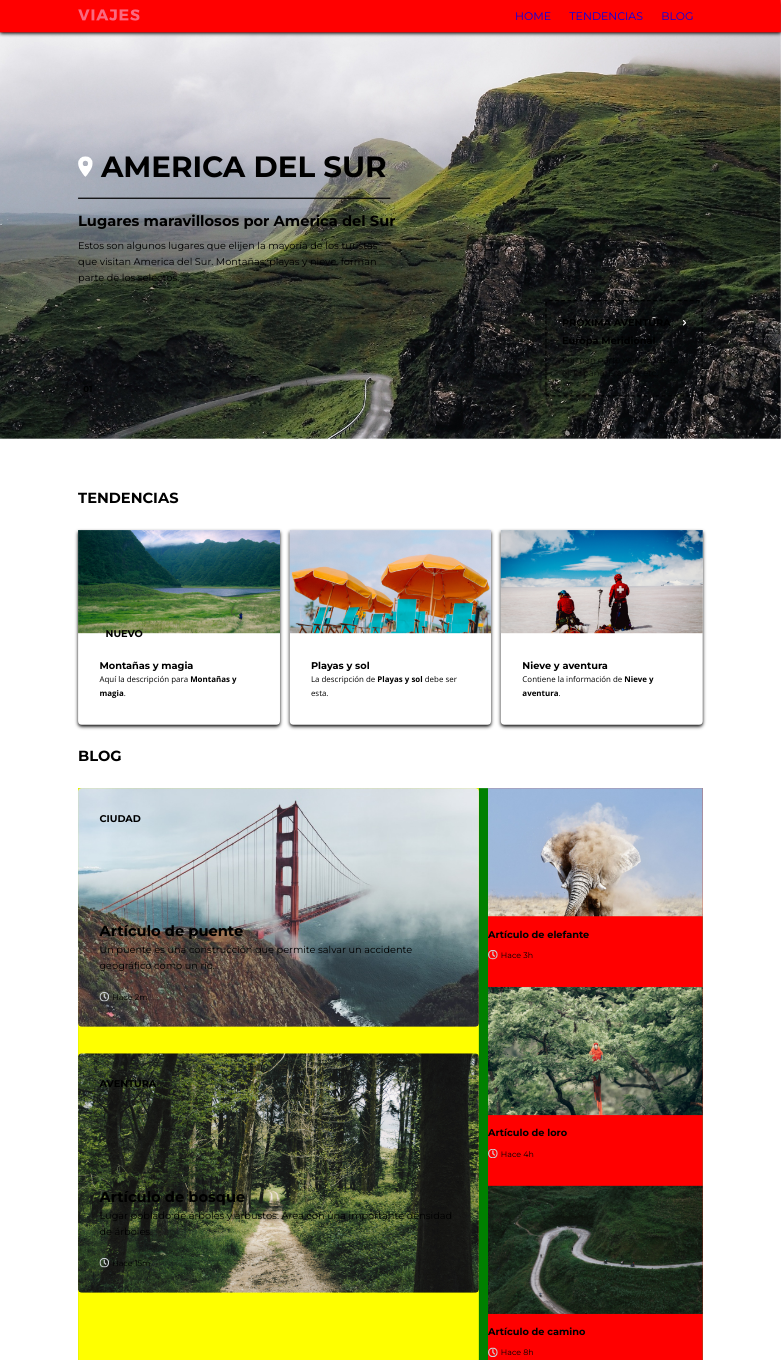
Repository: agustin-mesa/viajes
Page: /
These files come from the project's save history. The page is drawn as it stood at one moment and after the next save; the edit follows.
The browser window is 1280 px wide. The pictures show the whole page, at 61% of full size.
The project was rebuilt for these pictures with package versions that can differ from the ones it lists, and the page was loaded fresh each time. Also part of the build but not shown: src/components/styles/colors.module.scss.

Above is the page before, as saved 2021-11-12 14:53:31.

### public/index.html
<!DOCTYPE html>
<html lang="es">
  <head>
    <meta name="author" content="Mauro Agustín Mesa" />
    <meta charset="utf-8" />
    <meta name="viewport" content="width=device-width, initial-scale=1" />
    <meta name="theme-color" content="#000000" />
    <meta
      name="description"
      content="Web site created using create-react-app"
    />
    <title>React App</title>
  </head>
  <body>
    <noscript>You need to enable JavaScript to run this app.</noscript>
    <div id="root"></div>
  </body>
</html>

### src/index.js
import React from "react";
import ReactDOM from "react-dom";
import App from "./App";
import "./index.css";

const Index = () => {
  return <App />;
};

ReactDOM.render(<Index />, document.getElementById("root"));

### src/App.js
import React from "react";
import Header from "./components/Header";
import Home from "./pages/Home";
import Tendencias from "./pages/Tendencias";
import Blog from "./pages/Blog";

const App = () => {
  return (
    <>
      <Header />
      <Home />
      <Tendencias />
      <Blog />
    </>
  );
};

export default App;

### src/index.css
@import url("https://fonts.googleapis.com/css2?family=Montserrat:wght@100;200;300;400;500;600;700&display=swap");
@import url("https://fonts.googleapis.com/css2?family=Montserrat:wght@100;200;300;400;500;600;700&family=Open+Sans:wght@400;500;600;700&display=swap");

* {
  margin: 0;
  padding: 0;
  list-style: none;
  text-decoration: none;
  border: none;
  outline: none;
  scroll-behavior: smooth;
}

body {
  margin: 0;
  -webkit-font-smoothing: antialiased;
  -moz-osx-font-smoothing: grayscale;
  font-family: "Montserrat", "Open Sans", sans-serif;
}

code {
  font-family: source-code-pro, Menlo, Monaco, Consolas, "Courier New",
    monospace;
}

### src/components/Header.js
import React from "react";
import styled from "styled-components";

// Colors
import * as colors from "./styles/colors.module.scss";

// LOGO
import logo from "../Assets/logo/logo_01.svg";

const Header = () => {
  return (
    <ContainerHeader>
      <nav>
        <div className="header__logo">
          <a href="#home">
            <img src={logo} alt="Viajes" />
          </a>
        </div>
        <ul>
          <li>
            <a href="#home">HOME</a>
          </li>
          <li>
            <a href="#tendencias">TENDENCIAS</a>
          </li>
          <li>
            <a href="#blog">BLOG</a>
          </li>
        </ul>
      </nav>
    </ContainerHeader>
  );
};

const ContainerHeader = styled.header`
  position: fixed;
  top: 0;
  left: 0;
  right: 0;
  z-index: 999;
  background: red;
  background: ${colors.white};
  box-shadow: 0px 3px 6px ${colors.blackOpac};
  nav {
    display: flex;
    flex-direction: row;
    justify-content: space-between;
    align-items: center;
    padding: 15px 10%;
    ul {
      display: flex;
      flex-direction: row;
      justify-content: flex-end;
      align-items: center;
      width: 100%;
      li a {
        padding: 15px 15px;
        font: normal normal normal 18px/13px Montserrat;
        color: ${colors.blueRelax};
        transition: all 0.2s ease;
      }
      li a:hover {
        color: ${colors.darkblue};
      }
    }
  }
`;

export default Header;

### src/pages/Home.js
import React from "react";
import styled from "styled-components";

import * as colors from "../components/styles/colors.module.scss";

// IMG
import viajesHero from "../Assets/img/Viajes_Hero.jpg";
import icPin from "../Assets/iconos/ic_pin.svg";
import icArrow from "../Assets/iconos/arrow.svg";

// Importo etiquetas default con estilos propios
import { Parrafo, Span, H3, H5 } from "../components/styles/stylesDefault";

const Home = () => {
  return (
    <ContainerHome id="home">
      <HeroWrapper>
        <div className="hero__title">
          <h1>
            <img src={icPin} alt="Pin" /> AMERICA DEL SUR
          </h1>
          <hr />
          <H3 color="white">Lugares maravillosos por America del Sur</H3>
          <Parrafo>
            Estos son algunos lugares que elijen la mayoría de los turistas que
            visitan America del Sur. Montañas, playas y nieve, forman parte de
            los selectos.
          </Parrafo>
        </div>
        <div className="hero__info">
          <H5>
            PRÓXIMA AVENTURA <img src={icArrow} alt="Arrow" />
          </H5>
          <Span color="white">Europa Meridional</Span>
          <p>
            Forman parte veinte países. <br />
            ej. España, Francia, etc.
          </p>
        </div>
      </HeroWrapper>
      <div className="slider">
        <span>01</span>
      </div>
    </ContainerHome>
  );
};

const ContainerHome = styled.div`
  width: 100%;
  height: 100vh;
  background-image: url(${viajesHero});
  background-size: cover;
  background-position: center;

  .slider {
    position: absolute;
    width: 13%;
    bottom: 60px;
    display: flex;
    align-items: center;
    justify-content: flex-end;
    z-index: 1;
    span {
      display: flex;
      align-items: center;
      justify-content: center;
      width: 45px;
      height: 45px;
      background: ${colors.white};
      border-radius: 50px;
      font: normal normal bold 14px/22px Montserrat;
    }
    span::after {
      content: "";
      position: absolute;
      width: 70px;
      height: 70px;
      background: ${colors.whiteOpac};
      border-radius: 50px;
      z-index: -2;
    }
    span::before {
      content: "";
      position: absolute;
      left: 0;
      width: 100%;
      height: 5px;
      background: ${colors.pink};
      z-index: -1;
    }
  }
`;

const HeroWrapper = styled.div`
  position: absolute;
  top: 0;
  bottom: 0;
  left: 10%;
  right: 10%;
  display: flex;
  align-items: center;
  .hero__title {
    display: flex;
    align-items: flex-start;
    justify-content: center;
    flex-direction: column;
    color: ${colors.white};

    h1 {
      font: normal normal bold 48px/42px Montserrat;
    }
    hr {
      width: 50%;
      border-bottom: 2px solid ${colors.white};
      margin: 30px 0 20px;
    }
  }

  .hero__info {
    position: absolute;
    right: 0;
    bottom: 70px;
    background: ${colors.darkblueOpac} 0% 0% no-repeat padding-box;
    border: 2px dashed ${colors.whiteOpac};
    border-radius: 6px;
    padding: 25px;

    p {
      font: normal normal 300 14px/22px Montserrat;
      color: ${colors.white};
      margin: 10px 0 0;
    }
  }
`;

export default Home;

### src/pages/Tendencias.js
import React from "react";
import styled from "styled-components";

// Colors
import * as colors from "../components/styles/colors.module.scss";

// IMG
import card01 from "../Assets/img/card_01.png";
import card02 from "../Assets/img/card_02.png";
import card03 from "../Assets/img/card_03.png";

// Importo etiquetas default con estilos propios
import { H3 } from "../components/styles/stylesDefault";

// Components
import TendenciaItem from "../components/TendenciaItem";

const Tendencias = () => {
  // Simulo una base de datos para luego imprimir cada CARD.
  // Aunque también se podría hacer manualmente usando el componente
  // TendenciaItem y usar sus props, pero la manera más eficiente es el de
  // simular una base de datos; tranquilamente se muestra cada CARD con tan solo
  // agregar un objeto más dentro del array.
  const tendencias = [
    {
      src: card01,
      isNew: true,
      titulo: "Montañas y magia",
      descripcion: (
        <>
          Aquí la descripción para <b>Montañas y magia</b>.
        </>
      ),
    },
    {
      src: card02,
      isNew: false,
      titulo: "Playas y sol",
      descripcion: (
        <>
          La descripción de <b>Playas y sol</b> debe ser esta.
        </>
      ),
    },
    {
      src: card03,
      isNew: false,
      titulo: "Nieve y aventura",
      descripcion: (
        <>
          Contiene la información de <b>Nieve y aventura</b>.
        </>
      ),
    },
  ];

  return (
    <ContainerTendencias id="tendencias">
      <div className="tendencias">
        <div className="tendencias__header">
          <H3 color="darkblue">TENDENCIAS</H3>
        </div>
        <div className="tendencias__body">
          {tendencias.map((tendencia, i) => {
            return (
              <TendenciaItem
                src={tendencia.src}
                nuevo={tendencia.isNew}
                titulo={tendencia.titulo}
                descripcion={tendencia.descripcion}
                key={i}
              />
            );
          })}
        </div>
      </div>
    </ContainerTendencias>
  );
};

const ContainerTendencias = styled.section`
  height: 90vh;
  padding: 80px 10% 0;
  background: ${colors.grey};

  .tendencias__body {
    display: flex;
    align-items: center;
    margin: 35px 0 0;

    div:last-child {
      margin: 0;
    }
  }
  .tendencias__header {
    width: 100%;
  }
`;

export default Tendencias;

### src/pages/Blog.js
import React from "react";
import styled from "styled-components";

// Colors
import * as colors from "../components/styles/colors.module.scss";

// IMG
import artBig01 from "../Assets/img/articulo_big_01.png";
import artBig02 from "../Assets/img/articulo_big_02.png";
import artSmall01 from "../Assets/img/articulo_small_01.png";
import artSmall02 from "../Assets/img/articulo_small_02.png";
import artSmall03 from "../Assets/img/articulo_small_03.png";

// Importo etiquetas default con estilos propios
import { H3 } from "../components/styles/stylesDefault";

// Components
import BigNewItem from "../components/BigNewItem";
import SmallNewItem from "../components/SmallNewItem";

const Blog = () => {
  const articulosBig = [
    {
      src: artBig01,
      tipo: "CIUDAD",
      titulo: "Artículo de puente",
      descripcion:
        "Un puente es una construcción que permite salvar un accidente geográfico como un río.",
      time: "2m",
    },
    {
      src: artBig02,
      tipo: "AVENTURA",
      titulo: "Artículo de bosque",
      descripcion:
        "Lugar poblado de árboles y arbustos. Área con una importante densidad de árboles.",
      time: "15m",
    },
  ];

  const articulosSmall = [
    {
      src: artSmall01,
      titulo: "Artículo de elefante",
      time: "3h",
    },
    {
      src: artSmall02,
      titulo: "Artículo de loro",
      time: "4h",
    },
    {
      src: artSmall03,
      titulo: "Artículo de camino",
      time: "8h",
    },
  ];

  return (
    <ContainerBlog>
      <div className="blog" id="blog">
        <div className="blog__header">
          <H3 color="darkblue">BLOG</H3>
        </div>
        <div className="blog__body">
          <article className="blog__article">
            {articulosBig.map((articulo, i) => {
              return (
                <BigNewItem
                  src={articulo.src}
                  tipo={articulo.tipo}
                  titulo={articulo.titulo}
                  descripcion={articulo.descripcion}
                  time={articulo.time}
                  key={i}
                />
              );
            })}
          </article>
          <aside className="blog__aside">
            {articulosSmall.map((articulo, i) => {
              return (
                <SmallNewItem
                  src={articulo.src}
                  titulo={articulo.titulo}
                  time={articulo.time}
                  key={i}
                />
              );
            })}
          </aside>
        </div>
      </div>
    </ContainerBlog>
  );
};

const ContainerBlog = styled.section`
  position: relative;
  height: 95vh;
  padding: 80px 10% 0;
  background: ${colors.white};

  .blog {
    position: absolute;
    top: -300px;
    left: 10%;
    right: 10%;
    bottom: 0;
    display: flex;
    align-items: center;
    justify-content: flex-start;
    flex-direction: column;
    padding: 75px 0 50px;
  }
  .blog__body {
    display: grid;
    gap: 0 15px;
    width: 100%;
    margin: 35px 0 0;
    background: green;
    grid-template-colunms: 65% 1fr;
    grid-template: ".blog__article" auto ".blog__aside" auto / auto;
  }
  .blog__header {
    width: 100%;
  }
  .blog__article {
    display: flex;
    align-items: center;
    justify-content: flex-start;
    flex-direction: column;
    background: yellow;
    article:first-child {
      margin: 0 0 40px;
    }
  }
  .blog__aside {
    background: red;
    display: flex;
    align-items: center;
    justify-content: flex-start;
    flex-direction: column;
    article:last-child {
      margin: 0;
    }
  }

  @media only screen and (min-width: 1335px) {
    .blog__body {
      grid-template-colunms: 50% 1fr;
    }
  }
`;

export default Blog;

### src/components/styles/stylesDefault.js
import styled from "styled-components";

// Colors
import * as colors from "./colors.module.scss";

const Parrafo = styled.p`
  margin: 10px 0 0;
  font: normal normal normal 16px/26px Montserrat;
  width: 50%;
  color: ${colors.white};
`;

const H3 = styled.h3`
  font: normal normal bold 24px/34px Montserrat;
  color: ${(props) => {
    if (props.color === "white") return colors.white;
    if (props.color === "darkblue") return colors.darkblue;
  }};
`;

const H5 = styled.h5`
  font: normal normal bold 16px/20px Montserrat;
  color: ${colors.pink};
  margin: 0 0 10px;
  img {
    margin: 0 0 0 15px;
  }
`;

const Span = styled.span`
  font: normal normal bold 16px/20px Montserrat;
  color: ${(props) => {
    if (props.color === "white") return colors.white;
    if (props.color === "darkblue") return colors.darkblue;
  }};
`;

export { Parrafo, Span, H3, H5 };

### src/components/TendenciaItem.js
import React from "react";
import styled from "styled-components";

// Colors
import * as colors from "./styles/colors.module.scss";

import { Span } from "./styles/stylesDefault";

const TendenciaItem = ({ src, nuevo, titulo, descripcion }) => {
  return (
    <TenItem>
      <div className="tendencia-item__img">
        <img src={src} alt={titulo} />
      </div>
      <div className="tendencia-item__new">{nuevo && <span>NUEVO</span>}</div>
      <div className="tendencia-item__descrip">
        <Span color="darkblue">{titulo}</Span>
        <p>{descripcion}</p>
      </div>
    </TenItem>
  );
};

const TenItem = styled.div`
  background: ${colors.white} 0% 0% no-repeat padding-box;
  box-shadow: 0px 3px 6px ${colors.blackOpac};
  border-radius: 0 0 6px 6px;
  margin: 0 16px 0 0;
  width: 100%;

  .tendencia-item__img img {
    width: 100%;
  }
  .tendencia-item__new {
    width: 100%;
    position: relative;
    span {
      position: absolute;
      top: -20px;
      left: 35px;
      background: ${colors.pink};
      border-radius: 6px;
      padding: 10px;
      font: normal normal bold 16px/13px Montserrat;
      color: ${colors.white};
    }
  }
  .tendencia-item__descrip {
    padding: 40px 35px;
    p {
      font: normal normal normal 13px/23px Open Sans;
      color: ${colors.greyBlue};
    }
  }
`;

export default TendenciaItem;

### src/components/BigNewItem.js
import React from "react";
import styled from "styled-components";

// Importo etiquetas default con estilos propios
import { Span, H3, Parrafo } from "../components/styles/stylesDefault";
import Time from "./Time";

const BigNewItem = ({ src, tipo, titulo, descripcion, time }) => {
  return (
    <NewItemBig>
      <img className="img__bg" src={src} alt={titulo} />
      <div className="newItem__info">
        <div className="info__header">
          <Span color="white">{tipo}</Span>
        </div>
        <div className="info__body">
          <H3 color="white">{titulo}</H3>
          <Parrafo>{descripcion}</Parrafo>
          <Time time={time} />
        </div>
      </div>
    </NewItemBig>
  );
};

const NewItemBig = styled.article`
  position: relative;
  border-radius: 6px;
  width: 100%;

  .img__bg {
    width: 100%;
    max-width: 750px;
  }
  .newItem__info {
    position: absolute;
    top: 40px;
    left: 35px;
    right: 35px;
    bottom: 40px;
    display: flex;
    flex-direction: column;
    justify-content: space-between;
  }
  .info__body p {
    width: 100%;
    margin: 0 0 25px;
  }
`;

export default BigNewItem;

### src/components/SmallNewItem.js
import React from "react";
import styled from "styled-components";

// Importo etiquetas default con estilos propios
import { Span } from "../components/styles/stylesDefault";

// Components
import Time from "./Time";

const SmallNewItem = ({ src, titulo, time }) => {
  return (
    <NewItemSmall>
      <img className="img__bg" src={src} alt={titulo} />
      <Span className="titulo" color="darkblue">
        {titulo}
      </Span>
      <Time time={time} />
    </NewItemSmall>
  );
};

const NewItemSmall = styled.article`
  display: flex;
  align-items: start;
  justify-content: center;
  flex-direction: column;
  margin: 0 0 40px;
  span.titulo {
    margin: 20px 0 10px;
  }
  .img__bg {
    width: 100%;
  }
`;

export default SmallNewItem;

### src/components/Time.js
import React from "react";
import styled from "styled-components";

// Colors
import * as colors from "./styles/colors.module.scss";

// IMG
import icTime from "../Assets/iconos/time.svg";

const Time = ({ time }) => {
  return (
    <Timer>
      <img src={icTime} alt="Time" /> Hace {time}
    </Timer>
  );
};

const Timer = styled.span`
  display: flex;
  align-items: center;
  font: normal normal normal 13px/26px Montserrat;
  color: ${colors.blueRelax};
  img {
    margin: 0 5px 0 0;
  }
`;
export default Time;

After the next save:
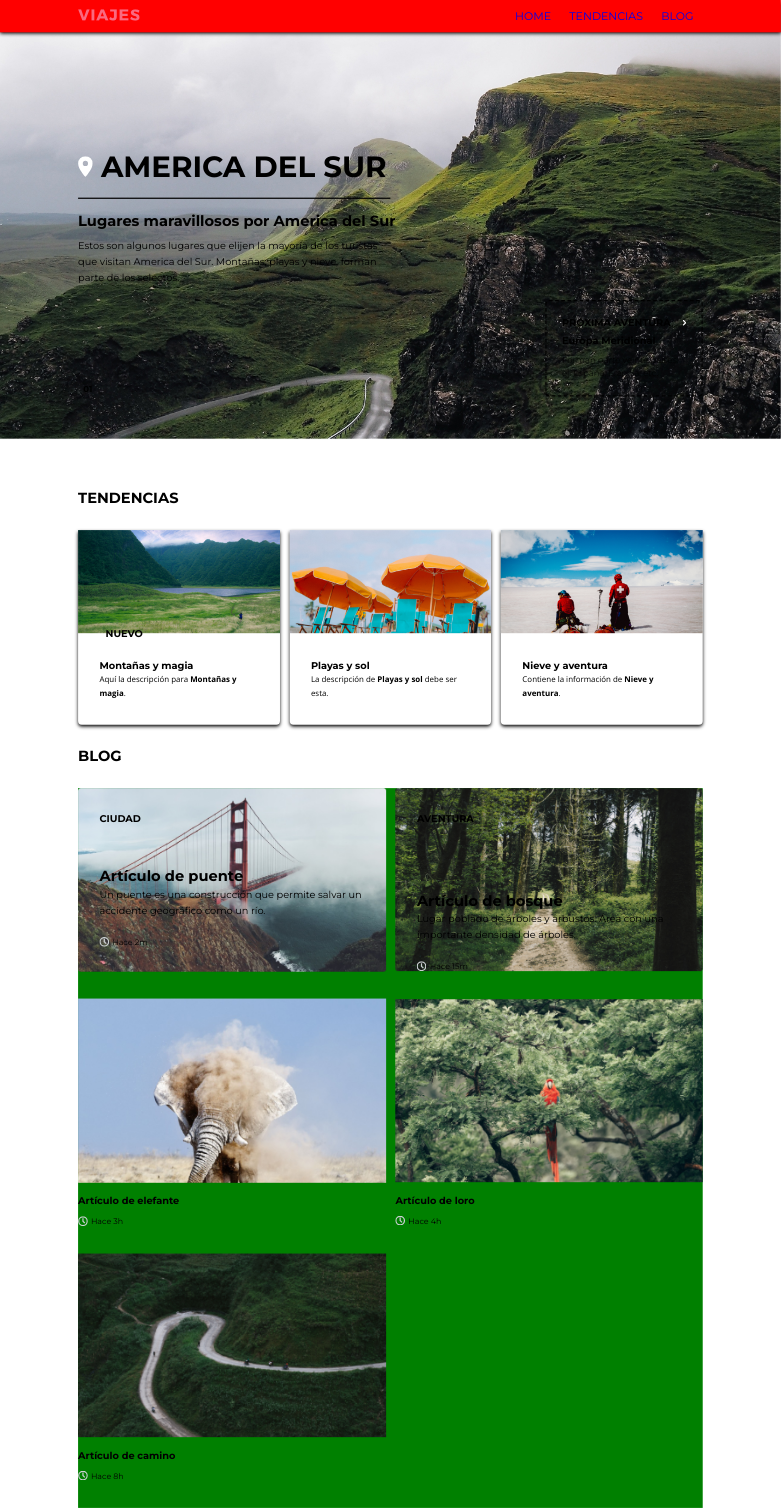
Saved 2 min 48 s later.
--- a/src/pages/Blog.js
+++ b/src/pages/Blog.js
@@ -63,32 +63,28 @@ const Blog = () => {
           <H3 color="darkblue">BLOG</H3>
         </div>
         <div className="blog__body">
-          <article className="blog__article">
-            {articulosBig.map((articulo, i) => {
-              return (
-                <BigNewItem
-                  src={articulo.src}
-                  tipo={articulo.tipo}
-                  titulo={articulo.titulo}
-                  descripcion={articulo.descripcion}
-                  time={articulo.time}
-                  key={i}
-                />
-              );
-            })}
-          </article>
-          <aside className="blog__aside">
-            {articulosSmall.map((articulo, i) => {
-              return (
-                <SmallNewItem
-                  src={articulo.src}
-                  titulo={articulo.titulo}
-                  time={articulo.time}
-                  key={i}
-                />
-              );
-            })}
-          </aside>
+          {articulosBig.map((articulo, i) => {
+            return (
+              <BigNewItem
+                src={articulo.src}
+                tipo={articulo.tipo}
+                titulo={articulo.titulo}
+                descripcion={articulo.descripcion}
+                time={articulo.time}
+                key={i}
+              />
+            );
+          })}
+          {articulosSmall.map((articulo, i) => {
+            return (
+              <SmallNewItem
+                src={articulo.src}
+                titulo={articulo.titulo}
+                time={articulo.time}
+                key={i}
+              />
+            );
+          })}
         </div>
       </div>
     </ContainerBlog>
@@ -113,6 +109,9 @@ const ContainerBlog = styled.section`
     flex-direction: column;
     padding: 75px 0 50px;
   }
+  .blog__header {
+    width: 100%;
+  }
   .blog__body {
     display: grid;
     gap: 0 15px;
@@ -122,28 +121,9 @@ const ContainerBlog = styled.section`
     grid-template-colunms: 65% 1fr;
     grid-template: ".blog__article" auto ".blog__aside" auto / auto;
   }
-  .blog__header {
-    width: 100%;
-  }
-  .blog__article {
-    display: flex;
-    align-items: center;
-    justify-content: flex-start;
-    flex-direction: column;
-    background: yellow;
-    article:first-child {
-      margin: 0 0 40px;
-    }
-  }
-  .blog__aside {
-    background: red;
-    display: flex;
-    align-items: center;
-    justify-content: flex-start;
-    flex-direction: column;
-    article:last-child {
-      margin: 0;
-    }
+
+  article:first-child {
+    margin: 0 0 40px;
   }
 
   @media only screen and (min-width: 1335px) {
